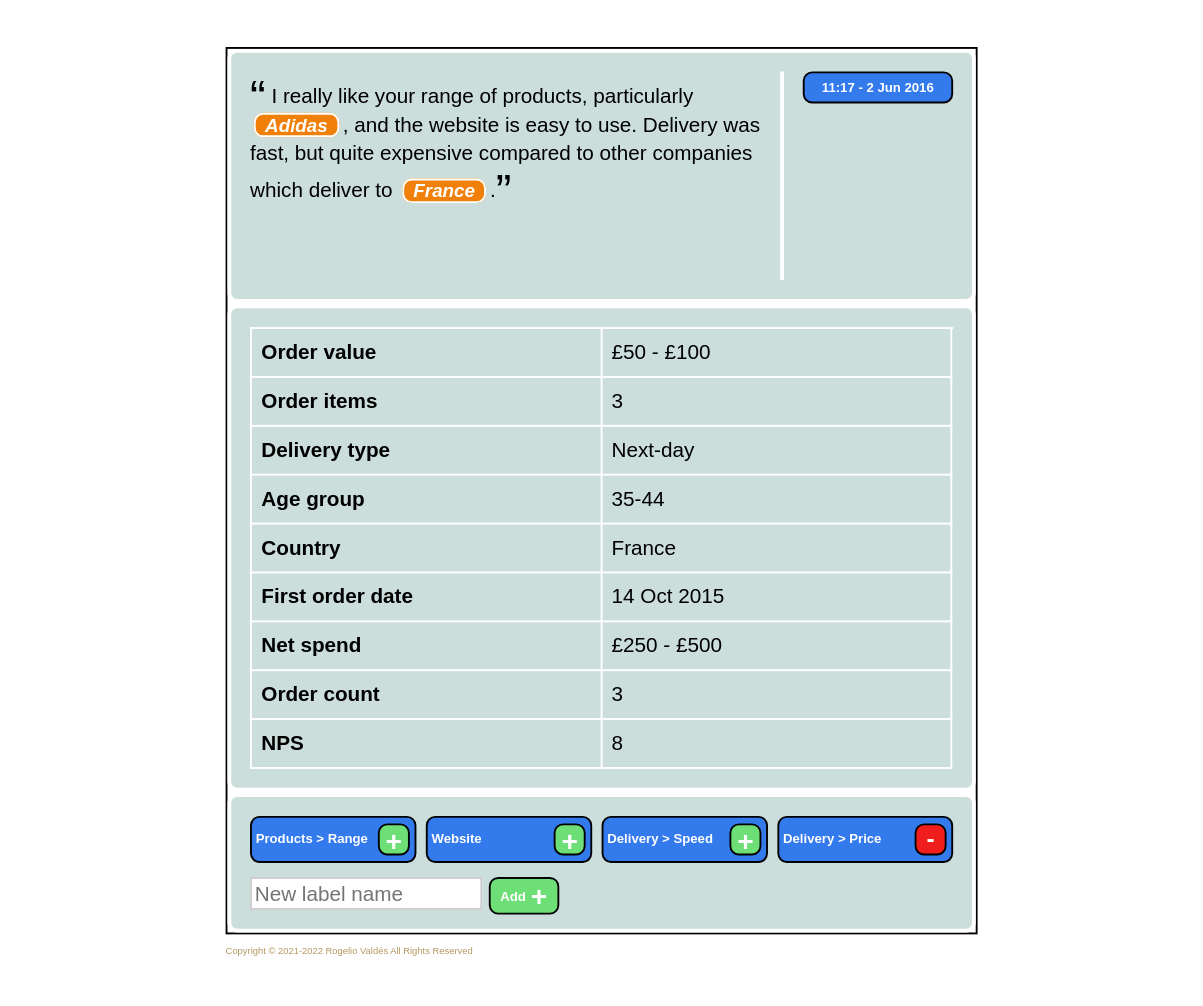
Repository: roge64/htmlfrontend
Page: admin.html
An editor plug-in stored every save of this project. The page is shown before and after the next save, followed by the edit.
The browser window is 1280 px wide. The pictures show the whole page, at 94% of full size.

Above is the page before, as saved 2022-03-04 17:33:31.

After the next save:
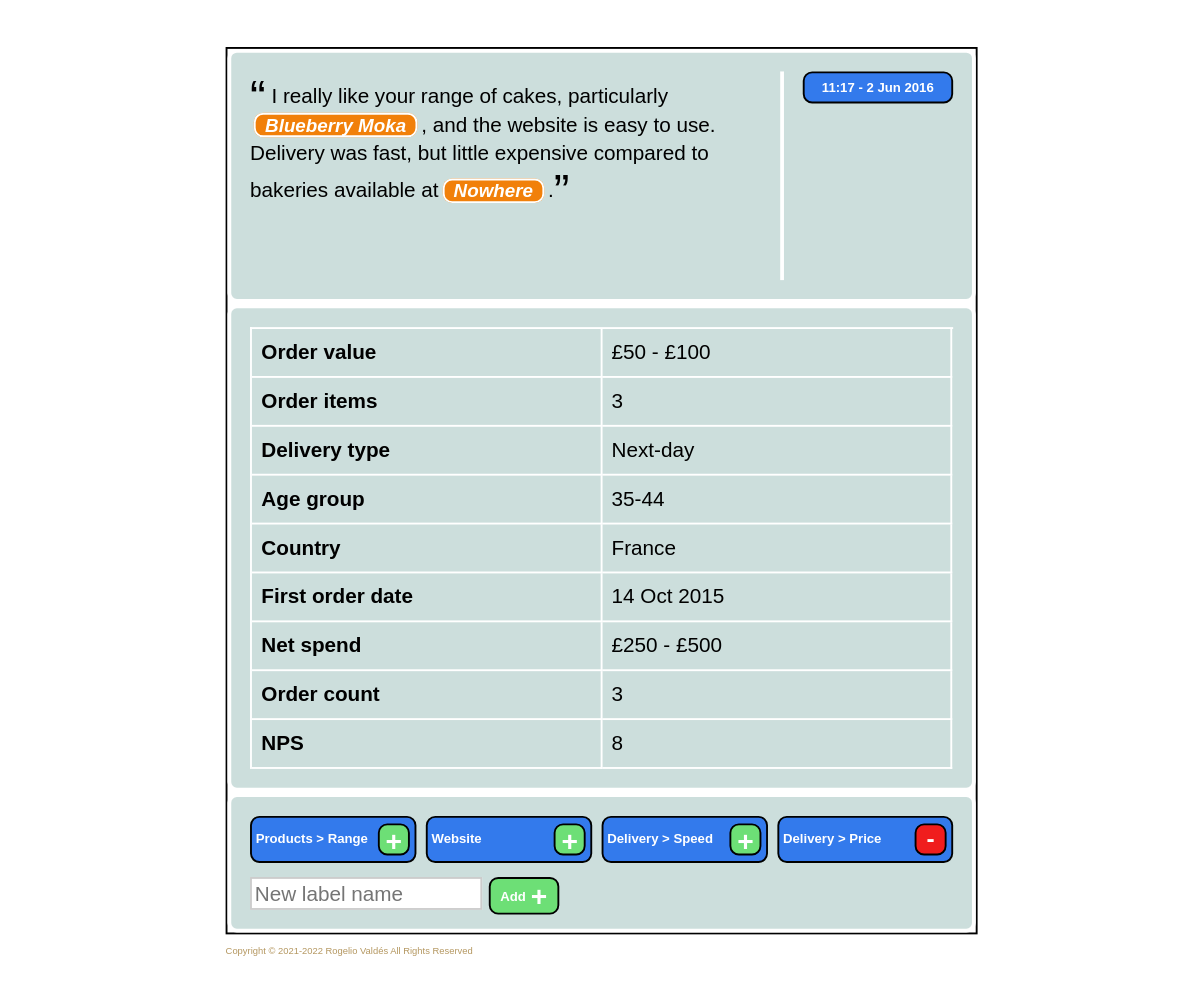
Saved 2 min 7 s later.
--- a/admin.html
+++ b/admin.html
@@ -17,7 +17,7 @@
 			<div class="comment-text-container">
 				<div class="comment-content">
 					<span class="comment-text">
-            I really like your range of products, particularly <span class="entity brand">Adidas</span>, and the website is easy to use. Delivery was fast, but quite expensive compared to other companies which deliver to <span class="entity country">France</span>.</span>
+            I really like your range of cakes, particularly <span class="entity brand">Blueberry Moka</span>, and the website is easy to use. Delivery was fast, but little expensive compared to bakeries available at<span class="entity country">Nowhere</span>.</span>
             <span class="comment-timestamp">11:17 - 2 Jun 2016</span>
 				</div>
 			</div>
